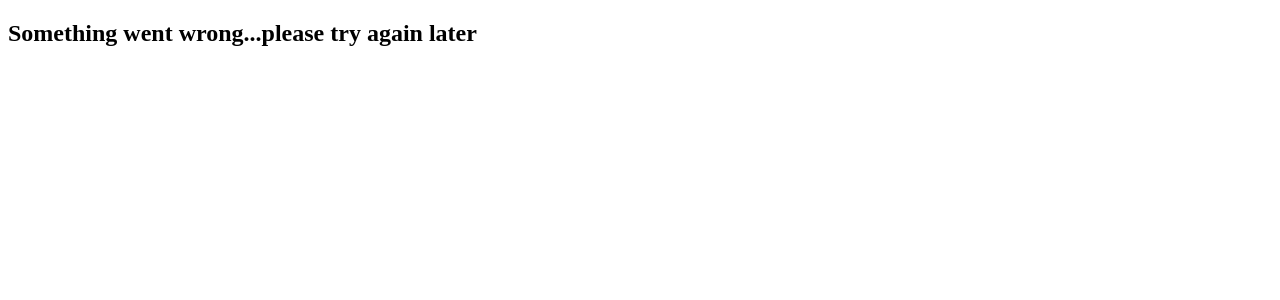
Repository: UppalaNagasreeRanjani/fullstack98
Page: http://localhost/WebSecurity/error.jsp
These files come from the project's save history. The page is drawn as it stood at one moment and after the next save; the edit follows.
The browser window is 1280 px wide. The pictures show the whole page.
The page is served by Tomcat 9.

Above is the page before, as saved 2020-02-14 05:47:02.

After the next save:
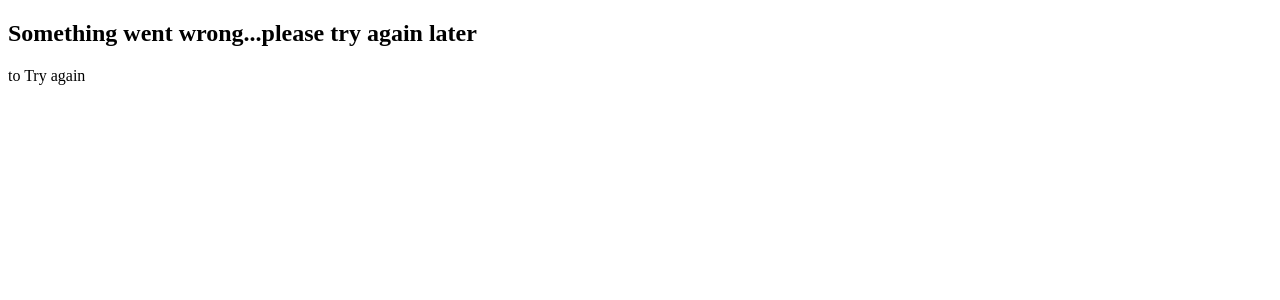
Saved 65 s later.
--- a/WebSecurity/WebContent/error.jsp
+++ b/WebSecurity/WebContent/error.jsp
@@ -8,5 +8,6 @@
 </head>
 <body>
 <h2> Something went wrong...please try again later</h2>
+<a href="index.jsp"></a>to Try again
 </body>
 </html>
